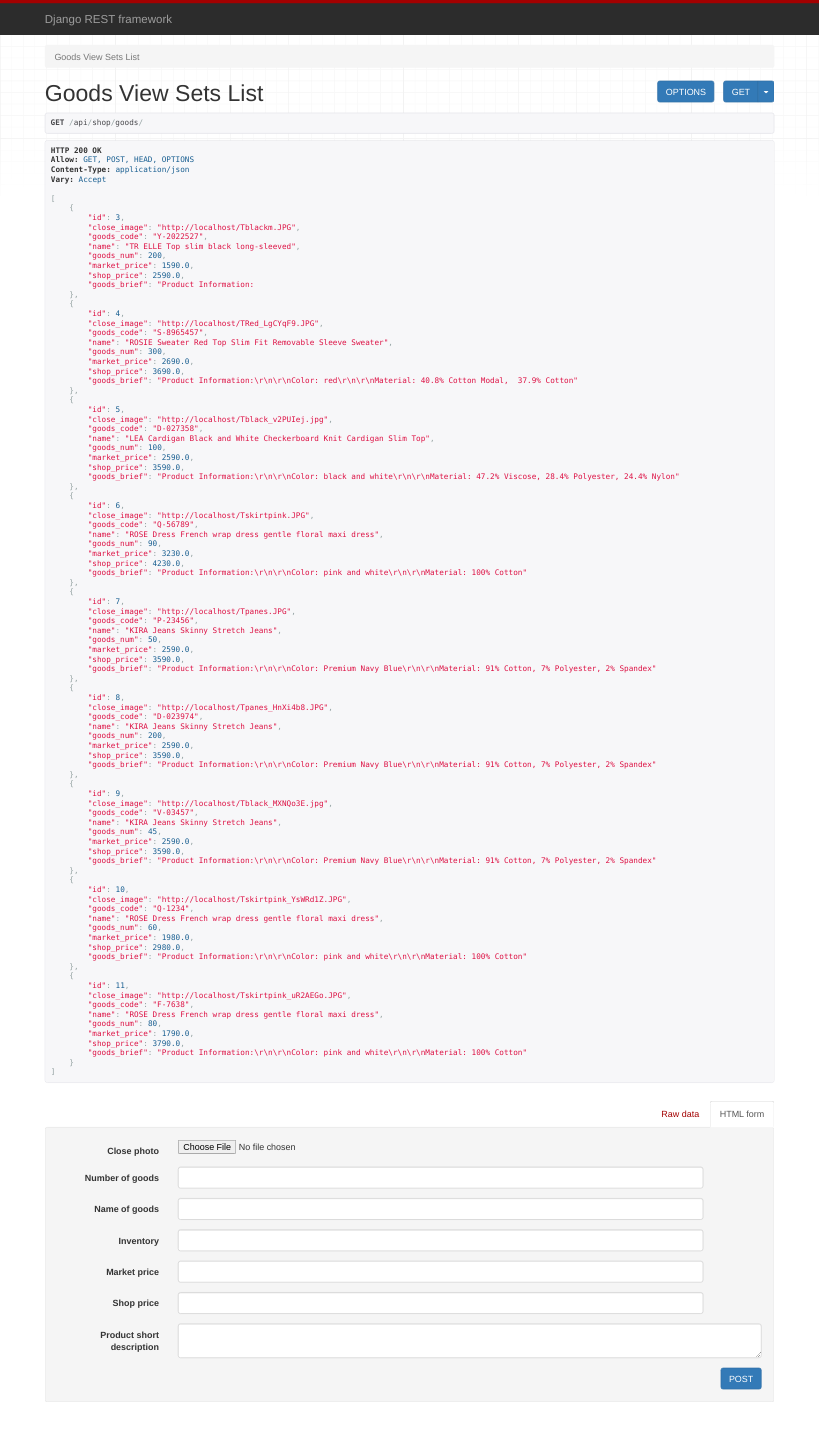
Repository: Sunxu001/OnlineShop-Backend
Page: http://localhost/api/shop/goods/
The author's editor kept a copy of each file at every save. The page is drawn from the files as they stood at one save, then again after the next save.
The browser window is 1280 px wide. The pictures show the whole page, at 64% of full size.
Backgrounds fixed to the window are drawn as part of the page. The page is served by the project's application, run on Django 4.2 (manage.py). The page reads the database file committed with the project.

Above is the page before, as saved 2022-05-27 13:58:29.

After the next save:
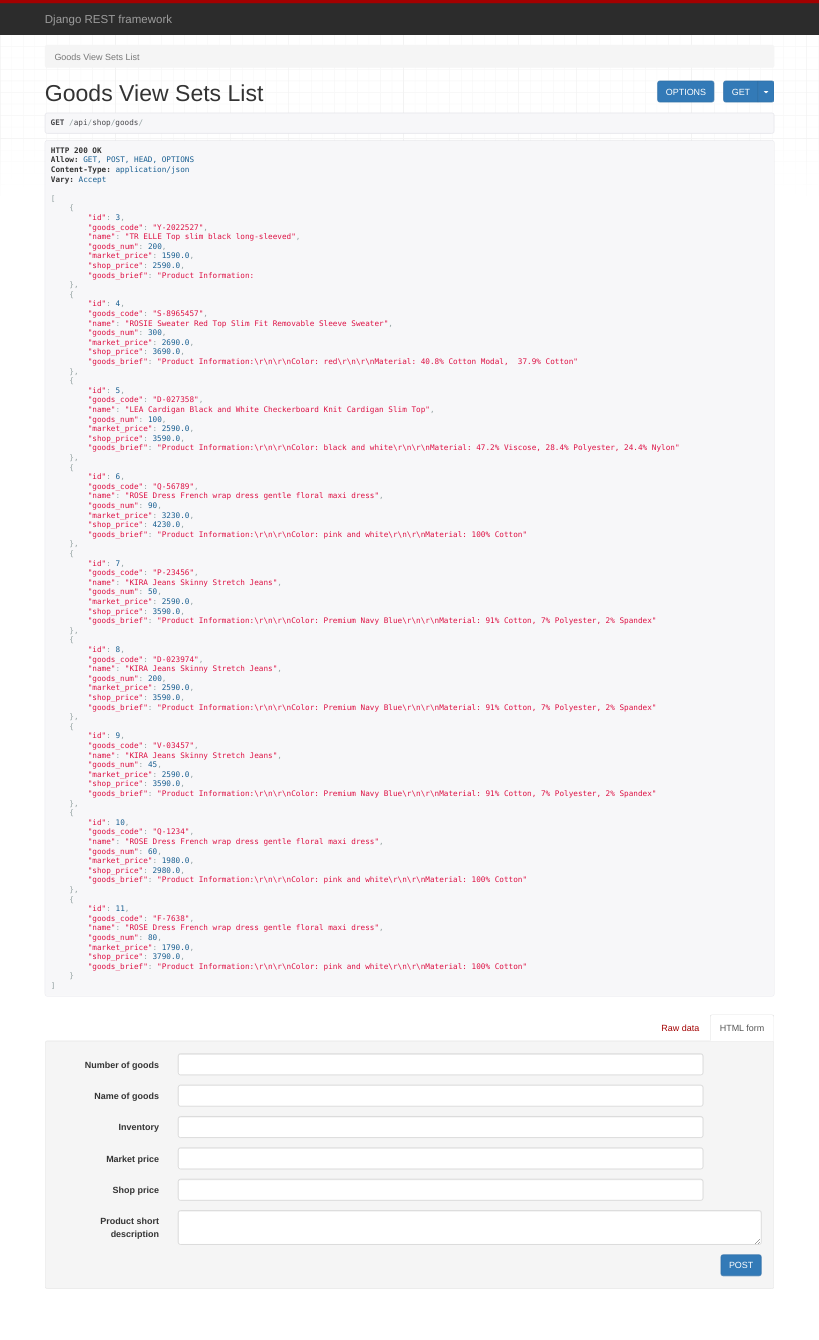
Saved 4 min 40 s later.
--- a/WEB-PROJECT/shop/models.py
+++ b/WEB-PROJECT/shop/models.py
@@ -41,7 +41,6 @@ def __str__(self):
     return f"{self.email}"
 
 class Goods(models.Model):
-    close_image = models.ImageField("close photo")
     goods_code = models.CharField("number of goods", max_length=50, default="")
     name = models.CharField("name of goods", max_length=100, )
     goods_num = models.IntegerField("Inventory", default=0)
